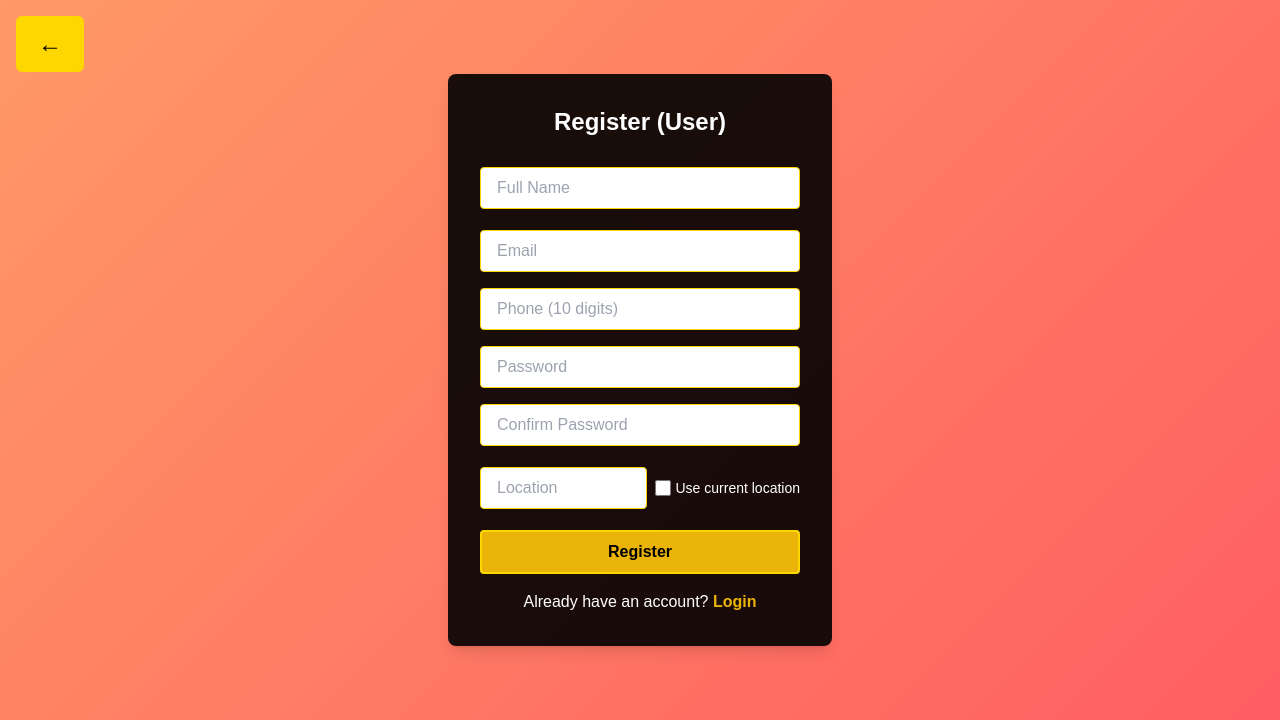
Repository: TenetiSrujana/SPOTnSORT
Page: /register (app in frontend/)
An editor plug-in stored every save of this project. The page is shown before and after the next save, followed by the edit.
The browser window is 1280 px wide. The pictures show the whole page.
Some web libraries are served in a nearby version. The project was rebuilt for these pictures with package versions that can differ from the ones it lists, and the page was loaded fresh each time. Also part of the build but not shown: frontend/src/components/PrivateRoute.jsx, frontend/src/pages/Landing.jsx, frontend/src/components/BubbleLayout.jsx, frontend/src/pages/Auth/Login.jsx, frontend/src/pages/User/UserHome.jsx, frontend/src/pages/User/ReportForm.jsx, frontend/src/pages/User/UserMap.jsx, frontend/src/pages/User/UserAnalysis.jsx and 6 more.

Above is the page before, as saved 2025-10-23 18:15:32.

### frontend/public/index.html
<!DOCTYPE html>
<html lang="en">
  <head>
    <meta charset="UTF-8" />
    <meta name="viewport" content="width=device-width, initial-scale=1.0" />
    <title>SpotnSort - Citizen Civic Reporting</title>

    <!-- Favicon (optional) -->
    <link rel="icon" href="%PUBLIC_URL%/favicon.ico" />

    <!-- Tailwind CSS (CDN for development; for production use PostCSS or CLI) -->
    <script src="https://cdn.tailwindcss.com"></script>

    <!-- Google Fonts (optional) -->
    <link
      href="https://fonts.googleapis.com/css2?family=Inter:wght@400;600;700&display=swap"
      rel="stylesheet"
    />

    <style>
      body {
        font-family: "Inter", sans-serif;
        background-color: #f9fafb;
        margin: 0;
        padding: 0;
      }
    </style>
  </head>
  <body>
    <div id="root"></div>

    <!-- Leaflet CSS (fixed, no integrity issue) -->
    <link
      rel="stylesheet"
      href="https://unpkg.com/leaflet@1.7.1/dist/leaflet.css"
      crossorigin=""
    />
  </body>
</html>

### frontend/src/index.js
// src/index.js
import React from "react";
import ReactDOM from "react-dom/client";
import { BrowserRouter } from "react-router-dom";
import App from "./App";
import "./styles/main.css"; // your main CSS

const root = ReactDOM.createRoot(document.getElementById("root"));
root.render(
  <React.StrictMode>
    <BrowserRouter>
      <App />
    </BrowserRouter>
  </React.StrictMode>
);

### frontend/src/App.jsx
// src/App.jsx
import { Routes, Route, Navigate } from "react-router-dom";
import PrivateRoute from "./components/PrivateRoute";
import BubblesBackground from "./components/BubblesBackground";
import { Toaster } from "react-hot-toast";

// Pages
import Landing from "./pages/Landing";
import Login from "./pages/Auth/Login";
import Register from "./pages/Auth/Register";
import UserHome from "./pages/User/UserHome";
import ReportForm from "./pages/User/ReportForm";
import UserMap from "./pages/User/UserMap";
import UserAnalysis from "./pages/User/UserAnalysis";
import Rewards from "./pages/User/Rewards";
import ViewReports from "./pages/User/ViewReports";
import AuthHome from "./pages/Authority/AuthHome";
import ManageReport from "./pages/Authority/ManageReport";
import AuthorityAnalysis from "./pages/Authority/AuthorityAnalysis";
import AuthorityMap from "./pages/Authority/AuthorityMap";

function App() {
  return (
    <>
      <Toaster position="top-center" reverseOrder={false} />
      <BubblesBackground />

      <div className="relative z-10 min-h-screen">
        <Routes>
          {/* Public */}
          <Route path="/" element={<Landing />} />
          <Route path="/login" element={<Login />} />
          <Route path="/register" element={<Register />} />

          {/* User */}
          <Route
            path="/user/home"
            element={
              <PrivateRoute role="user">
                <UserHome />
              </PrivateRoute>
            }
          />
          <Route
            path="/user/report"
            element={
              <PrivateRoute role="user">
                <ReportForm />
              </PrivateRoute>
            }
          />
          <Route
            path="/user/map"
            element={
              <PrivateRoute role="user">
                <UserMap />
              </PrivateRoute>
            }
          />
          <Route
            path="/user/analysis"
            element={
              <PrivateRoute role="user">
                <UserAnalysis />
              </PrivateRoute>
            }
          />
          <Route
            path="/user/rewards"
            element={
              <PrivateRoute role="user">
                <Rewards />
              </PrivateRoute>
            }
          />
          <Route
            path="/user/reports"
            element={
              <PrivateRoute role="user">
                <ViewReports />
              </PrivateRoute>
            }
          />
          <Route path="/user/*" element={<Navigate to="/user/home" replace />} />

          {/* Authority */}
          <Route
            path="/authority/home"
            element={
              <PrivateRoute role="authority">
                <AuthHome />
              </PrivateRoute>
            }
          />
          <Route
            path="/authority/manage"
            element={
              <PrivateRoute role="authority">
                <ManageReport />
              </PrivateRoute>
            }
          />
          <Route
            path="/authority/analysis"
            element={
              <PrivateRoute role="authority">
                <AuthorityAnalysis />
              </PrivateRoute>
            }
          />
          <Route
            path="/authority/map"
            element={
              <PrivateRoute role="authority">
                <AuthorityMap />
              </PrivateRoute>
            }
          />
          <Route
            path="/authority/*"
            element={<Navigate to="/authority/home" replace />}
          />
        </Routes>
      </div>
    </>
  );
}

export default App;

### frontend/src/styles/main.css
/* main.css - Black / White / Yellow theme with bubbles */

/* Global styles */
html {
  scroll-behavior: smooth;
  height: 100%;
}

body, #root {
  margin: 0;
  padding: 0;
  height: 100%;
  font-family: 'Arial', sans-serif;
  background-color: transparent; /* changed from #000 so bubbles show */
  overflow-x: hidden;
  overflow-y: auto;
  color: #fff;
}

/* Bubbles Background */
.bubbles-bg {
  position: fixed;
  width: 100%;
  height: 100%;
  top: 0;
  left: 0;
  overflow: hidden;
  z-index: -1; /* behind everything */
}

.bubble {
  position: absolute;
  bottom: -100px;
  width: 20px;
  height: 20px;
  background: rgba(255, 255, 255, 0.5);
  border-radius: 50%;
  animation: rise 6s linear infinite;
}

/* Different bubble positions & sizes */
.bubble:nth-child(1) { left: 5%; animation-duration: 5s; width: 15px; height: 15px; }
.bubble:nth-child(2) { left: 15%; animation-duration: 6s; width: 20px; height: 20px; }
.bubble:nth-child(3) { left: 25%; animation-duration: 7s; width: 25px; height: 25px; }
.bubble:nth-child(4) { left: 35%; animation-duration: 5.5s; width: 18px; height: 18px; }
.bubble:nth-child(5) { left: 50%; animation-duration: 6.5s; width: 22px; height: 22px; }
.bubble:nth-child(6) { left: 65%; animation-duration: 7s; width: 20px; height: 20px; }
.bubble:nth-child(7) { left: 75%; animation-duration: 5.2s; width: 18px; height: 18px; }
.bubble:nth-child(8) { left: 85%; animation-duration: 6.8s; width: 25px; height: 25px; }

/* Bubble animation */
@keyframes rise {
  0% { transform: translateY(0) scale(1); opacity: 1; }
  100% { transform: translateY(-120vh) scale(0.5); opacity: 0; }
}

/* Page wrapper for content above bubbles */
.page-wrapper {
  position: relative;
  min-height: 100vh;
  display: flex;
  flex-direction: column;
  text-align: center;
  padding: 20px;
  z-index: 1; /* above bubbles */
}

/* Section spacing */
section {
  width: 100%;
  padding: 80px 20px;
  margin-bottom: 40px;
}

/* Headings */
h1, h2, h3, h4, p, label {
  color: #ffffff;
}

/* Buttons */
button {
  cursor: pointer;
  font-weight: bold;
  border: 2px solid #FFD700;
  border-radius: 6px;
  padding: 10px 20px;
  background-color: #FFD700;
  color: #000;
  z-index: 2;
  transition: all 0.2s ease;
}

button:hover {
  background-color: #fff;
  color: #FFD700;
  transform: scale(1.05);
}

/* Input fields */
input, select, textarea {
  padding: 10px;
  border-radius: 6px;
  border: 1px solid #FFD700;
  background-color: #fff;
  color: #000;
  width: 100%;
  margin: 5px 0;
  outline: none;
  z-index: 2;
}

/* Forms */
.form-container {
  background: rgba(0,0,0,0.85); /* semi-transparent black overlay */
  padding: 30px;
  border-radius: 10px;
  width: 90%;
  max-width: 400px;
  box-shadow: 0 0 20px rgba(255, 215, 0, 0.5);
  z-index: 2;
}

/* Cards */
.card {
  background: rgba(0,0,0,0.6);
  padding: 20px;
  border-radius: 15px;
  box-shadow: 0 0 15px rgba(255, 215, 0, 0.4);
  margin: 10px 0;
}

/* Analytics chart container */
.chart-container {
  max-width: 900px;
  width: 100%;
  margin: 0 auto;
  height: 400px;
}

/* Footer */
footer {
  background-color: rgba(0,0,0,0.8);
  padding: 20px;
  text-align: center;
  z-index: 1;
}

### frontend/src/components/BubblesBackground.jsx
// src/components/BubblesBackground.jsx
import React from "react";

const BubblesBackground = () => {
  return (
    <div
      className="fixed inset-0 -z-10"
      style={{
        background: "linear-gradient(135deg, #ff9966, #ff5e62)",
        backgroundSize: "cover",
        minHeight: "100vh",
        width: "100%",
      }}
    ></div>
  );
};

export default BubblesBackground;

### frontend/src/pages/Auth/Register.jsx
import React, { useState, useEffect, useRef } from "react";
import { useNavigate, useLocation } from "react-router-dom";
import { register } from "../../services/auth"; // your existing register service
import "../../styles/main.css";

const authorityRoles = [
  "Municipality Worker",
  "Sanitation Worker",
  "Traffic Authority",
  "Police",
  "Other",
];

const Register = () => {
  const navigate = useNavigate();
  const location = useLocation();
  const queryParams = new URLSearchParams(location.search);
  const roleFromQuery = queryParams.get("role") || "user";

  const [role, setRole] = useState(roleFromQuery);
  const [fullName, setFullName] = useState("");
  const [email, setEmail] = useState("");
  const [phone, setPhone] = useState("");
  const [password, setPassword] = useState("");
  const [confirmPassword, setConfirmPassword] = useState("");
  const [locationVal, setLocationVal] = useState("");
  const [useCurrentLocation, setUseCurrentLocation] = useState(false);
  const [idNumber, setIdNumber] = useState("");
  const [idFile, setIdFile] = useState(null);
  const [authorityRole, setAuthorityRole] = useState("");
  const [error, setError] = useState("");

  const fileInputRef = useRef();

  useEffect(() => {
    setRole(roleFromQuery);
  }, [roleFromQuery]);

  // Fetch current location if checkbox is checked
  useEffect(() => {
    if (useCurrentLocation && navigator.geolocation) {
      navigator.geolocation.getCurrentPosition(
        (pos) => {
          const { latitude, longitude } = pos.coords;
          setLocationVal(`Lat: ${latitude.toFixed(4)}, Lon: ${longitude.toFixed(4)}`);
        },
        (err) => {
          console.error(err);
          setError("Unable to fetch current location. Please enter manually.");
          setUseCurrentLocation(false);
        }
      );
    }
  }, [useCurrentLocation]);

  const handleFile = (e) => {
    const file = e.target.files[0];
    if (file) setIdFile(file);
  };

  // ✅ Simple email validation
  const isValidEmail = (email) => /^[^\s@]+@[^\s@]+\.[^\s@]+$/.test(email);

  // ✅ Handle submit
  const handleSubmit = async (e) => {
    e.preventDefault();
    setError("");

    if (password !== confirmPassword) {
      setError("Passwords do not match");
      return;
    }

    if (!isValidEmail(email)) {
      setError("Please enter a valid email address.");
      return;
    }

    if (!/^\d{10}$/.test(phone)) {
      setError("Phone number must be exactly 10 digits.");
      return;
    }

    if (role === "authority") {
      if (!idNumber && !idFile) {
        setError("Please provide either ID Number or upload your ID card.");
        return;
      }
      if (!authorityRole) {
        setError("Please select your authority role.");
        return;
      }
    }

    try {
      await register({
        role,
        fullName,
        email,
        phone,
        password,
        location: locationVal,
        idNumber,
        idFile,
        authorityRole,
      });

      if (role === "user") navigate("/user/home");
      else navigate("/authority/home");
    } catch (err) {
      setError(err.message || "Registration failed");
    }
  };

  return (
    <div className="page-wrapper flex flex-col justify-center items-center min-h-screen text-white relative overflow-hidden">
      {/* Back arrow */}
      <button
        className="absolute top-4 left-4 text-black text-2xl z-50"
        onClick={() => navigate("/")}
        title="Back to Landing Page"
      >
        ←
      </button>

      <div className="bg-black bg-opacity-90 p-8 rounded-lg shadow-lg w-96 flex flex-col items-center z-50">
        <h2 className="text-2xl font-bold mb-6">
          Register ({role === "user" ? "User" : "Authority"})
        </h2>

        {error && <p className="text-red-500 mb-4 text-center">{error}</p>}

        <form className="w-full flex flex-col space-y-4" onSubmit={handleSubmit} autoComplete="on">
          <input
            type="text"
            placeholder="Full Name"
            className="px-4 py-2 rounded bg-white text-black focus:outline-yellow-500"
            value={fullName}
            onChange={(e) => setFullName(e.target.value)}
            required
            autoComplete="name"
          />

          <input
            type="email"
            placeholder="Email"
            className="px-4 py-2 rounded bg-white text-black focus:outline-yellow-500"
            value={email}
            onChange={(e) => setEmail(e.target.value)}
            required
            autoComplete="email"
          />

          <input
            type="tel"
            placeholder="Phone (10 digits)"
            className="px-4 py-2 rounded bg-white text-black focus:outline-yellow-500"
            value={phone}
            onChange={(e) => {
              // ✅ restrict to 10 digits
              const onlyNums = e.target.value.replace(/\D/g, "");
              if (onlyNums.length <= 10) setPhone(onlyNums);
            }}
            required
            autoComplete="tel"
          />

          <input
            type="password"
            placeholder="Password"
            className="px-4 py-2 rounded bg-white text-black focus:outline-yellow-500"
            value={password}
            onChange={(e) => setPassword(e.target.value)}
            required
            autoComplete="new-password"
          />

          <input
            type="password"
            placeholder="Confirm Password"
            className="px-4 py-2 rounded bg-white text-black focus:outline-yellow-500"
            value={confirmPassword}
            onChange={(e) => setConfirmPassword(e.target.value)}
            required
            autoComplete="new-password"
          />

          {/* Location */}
          <div className="flex items-center justify-between w-full">
            <input
              type="text"
              placeholder="Location"
              className="flex-1 px-4 py-2 rounded bg-white text-black focus:outline-yellow-500 mr-2"
              value={locationVal}
              onChange={(e) => setLocationVal(e.target.value)}
              required={!useCurrentLocation}
              disabled={useCurrentLocation}
              autoComplete="street-address"
            />
            <label className="flex items-center text-white text-sm cursor-pointer">
              <input
                type="checkbox"
                checked={useCurrentLocation}
                onChange={(e) => setUseCurrentLocation(e.target.checked)}
                className="w-4 h-4"
              />
              <span className="ml-1">Use current location</span>
            </label>
          </div>

          {/* Authority-only fields */}
          {role === "authority" && (
            <>
              <div className="flex flex-col gap-2">
                <input
                  type="text"
                  placeholder="ID Number (Government Issued)"
                  className="px-4 py-2 rounded bg-white text-black focus:outline-yellow-500"
                  value={idNumber}
                  onChange={(e) => setIdNumber(e.target.value)}
                />
                <div className="flex items-center gap-2">
                  <button
                    type="button"
                    className="px-3 py-2 bg-yellow-400 text-black rounded hover:bg-yellow-500 transition"
                    onClick={() => fileInputRef.current.click()}
                  >
                    Upload ID Card
                  </button>
                  {idFile && <span className="text-sm">{idFile.name}</span>}
                  <input
                    type="file"
                    accept="image/*,application/pdf"
                    className="hidden"
                    ref={fileInputRef}
                    onChange={handleFile}
                  />
                </div>
              </div>

              <select
                value={authorityRole}
                onChange={(e) => setAuthorityRole(e.target.value)}
                className="px-4 py-2 rounded bg-white text-black focus:outline-yellow-500"
                required
              >
                <option value="">-- Select Authority Role --</option>
                {authorityRoles.map((r, idx) => (
                  <option key={idx} value={r}>
                    {r}
                  </option>
                ))}
              </select>
            </>
          )}

          <button
            type="submit"
            className="px-6 py-2 bg-yellow-500 text-black font-semibold rounded hover:bg-yellow-600 transition mt-2"
          >
            Register
          </button>
        </form>

        <p className="mt-4 text-white text-center">
          Already have an account?{" "}
          <span
            className="text-yellow-500 cursor-pointer hover:underline font-semibold"
            onClick={() => navigate(`/login?role=${role}`)}
          >
            Login
          </span>
        </p>
      </div>
    </div>
  );
};

export default Register;

### frontend/src/services/auth.js
// src/services/auth.js
const STORAGE_KEY = "spotnsort_users";
const CURRENT_USER = "spotnsort_current_user";

export function setCurrentUser(userData) {
  localStorage.setItem(CURRENT_USER, JSON.stringify(userData));
}

export function getCurrentUser() {
  const data = localStorage.getItem(CURRENT_USER);
  return data ? JSON.parse(data) : null;
}

export function logout() {
  localStorage.removeItem(CURRENT_USER);
}

export async function register(userInfo) {
  return new Promise((resolve, reject) => {
    setTimeout(() => {
      const users = JSON.parse(localStorage.getItem(STORAGE_KEY)) || [];
      const exists = users.find(u => u.email.toLowerCase() === userInfo.email.toLowerCase() && u.role === userInfo.role);
      if (exists) return reject({ message: "User already exists" });
      users.push(userInfo);
      localStorage.setItem(STORAGE_KEY, JSON.stringify(users));
      setCurrentUser(userInfo);
      resolve({ user: userInfo });
    }, 700);
  });
}

export async function login(credentials) {
  return new Promise((resolve, reject) => {
    setTimeout(() => {
      const users = JSON.parse(localStorage.getItem(STORAGE_KEY)) || [];
      const user = users.find(u => u.email.toLowerCase() === credentials.email.toLowerCase() && u.password === credentials.password && u.role === credentials.role);
      if (!user) return reject({ message: "Invalid email, password, or role" });
      setCurrentUser(user);
      resolve({ user });
    }, 700);
  });
}

After the next save:
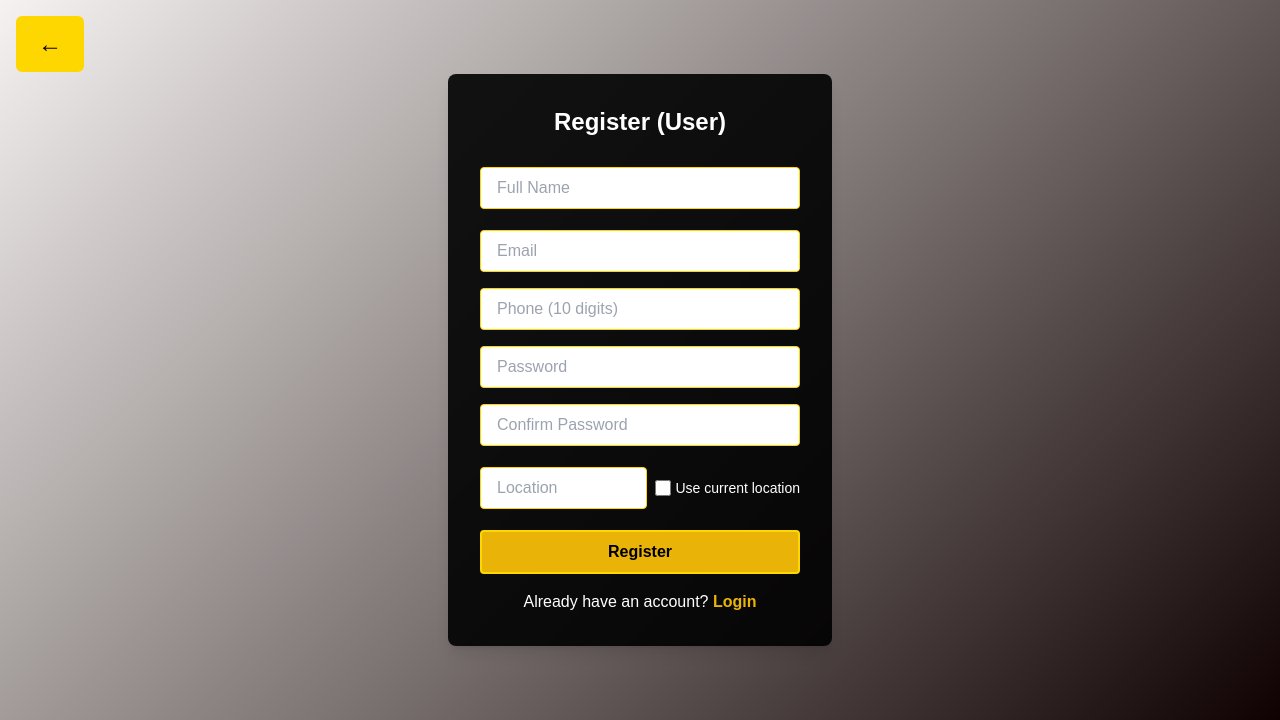
Saved 15 s later.
--- a/frontend/src/components/BubblesBackground.jsx
+++ b/frontend/src/components/BubblesBackground.jsx
@@ -6,7 +6,7 @@
     <div
       className="fixed inset-0 -z-10"
       style={{
-        background: "linear-gradient(135deg, #ff9966, #ff5e62)",
+        background: "linear-gradient(135deg, #f5f2f1ff, #0f0101ff)",
         backgroundSize: "cover",
         minHeight: "100vh",
         width: "100%",

After the 3 saves that followed:
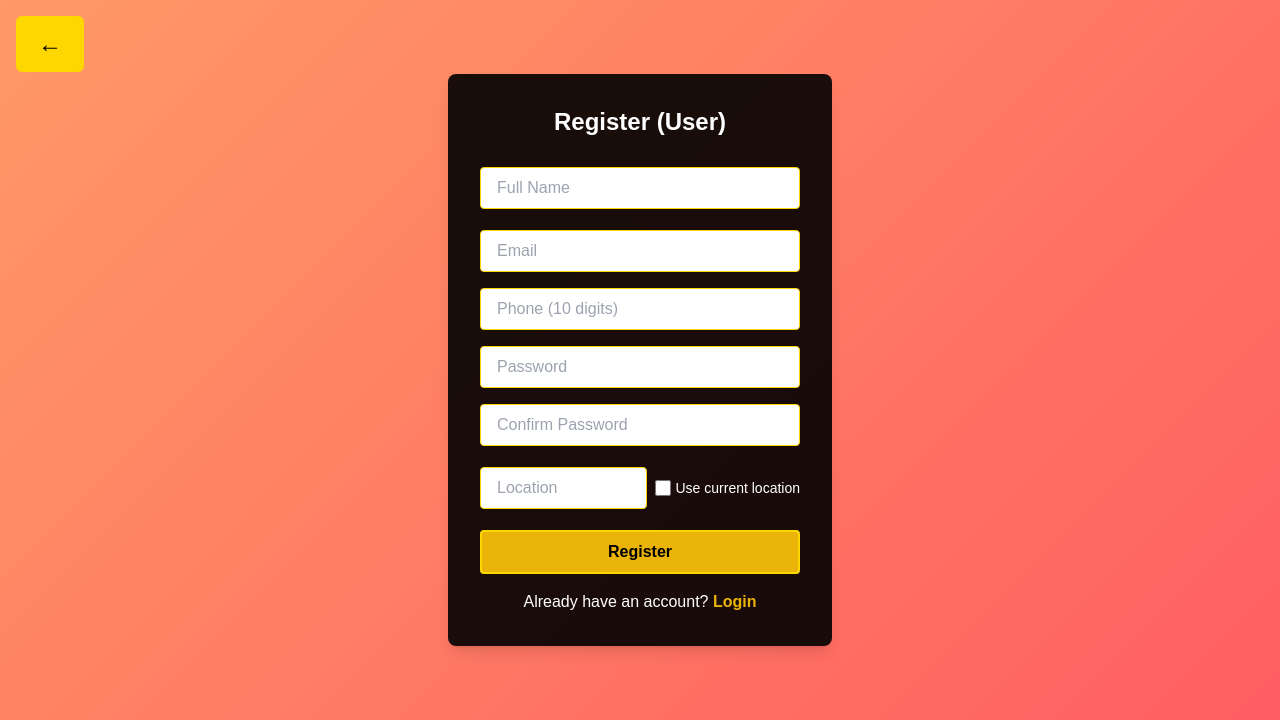
The 3 saves are shown as one change because 2 did not build or start.
The last was saved 2 min 27 s later.
--- a/frontend/src/components/BubblesBackground.jsx
+++ b/frontend/src/components/BubblesBackground.jsx
@@ -6,7 +6,7 @@
     <div
       className="fixed inset-0 -z-10"
       style={{
-        background: "linear-gradient(135deg, #f5f2f1ff, #0f0101ff)",
+        background: "linear-gradient(135deg, #ff9966, #ff5e62)",
         backgroundSize: "cover",
         minHeight: "100vh",
         width: "100%",
